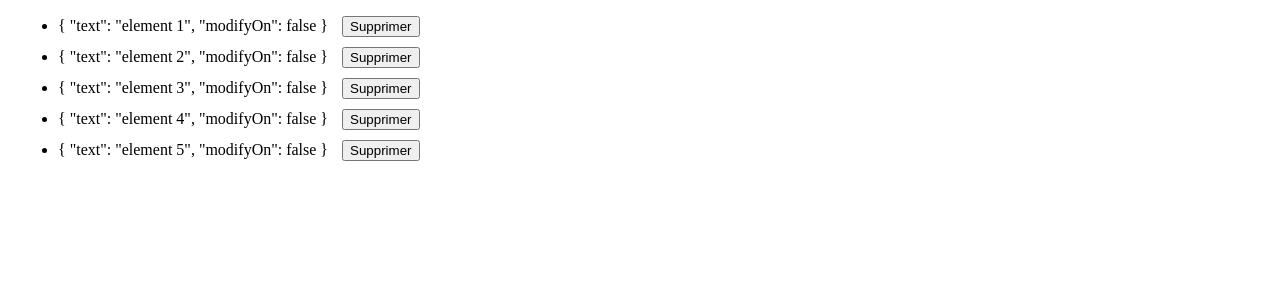
Repository: arione15/Livre_Serrion-Vue.js
Page: liste_ch3.html
The author's editor kept a copy of each file at every save. The page is drawn from the files as they stood at one save, then again after the next save.
The browser window is 1280 px wide. The pictures show the whole page.

Above is the page before, as saved 2021-09-07 13:38:22.

### liste_ch3.html
<!DOCTYPE html>
<html lang="en">

<head>
    <meta charset="UTF-8">
    <meta http-equiv="X-UA-Compatible" content="IE=edge">
    <meta name="viewport" content="width=device-width, initial-scale=1.0">
    <title>Liste</title>
    <script src="https://cdn.jsdelivr.net/npm/vue/dist/vue.js"></script>
</head>

<body>

    <div id="root"></div>

</body>

<script>
    const vm = new Vue({
        el: "div#root",
        template: `
            <div>
                <ul>
                    <li v-for="(element, index) of elements" style="margin:10px;">
                        <span v-fi="element" v-on:dblclick="modifier(element)"> {{ element }} </span>
                        <button @click="supprimer(element)" style="margin-left:10px;">Supprimer</button>
                    </li>
                </ul>
                <span v-if="elements.length === 0">La liste est vide !!</span>
            </div>
        `,
        data: {
            elements: [
                {text: "element 1", modifyOn: false},
                {text: "element 2", modifyOn: false},
                {text: "element 3", modifyOn: false},
                {text: "element 4", modifyOn: false},
                {text: "element 5", modifyOn: false},
            ]
        },
        methods: {
            supprimer(elt) {
                this.elements = this.elements.filter(function (element) {
                    return elt !== element ;
                })
            },
            modifier(elt){
                console.log("Modifier l'élément : " + elt);
            }
        }
    });

</script>

</html>

After the next save:
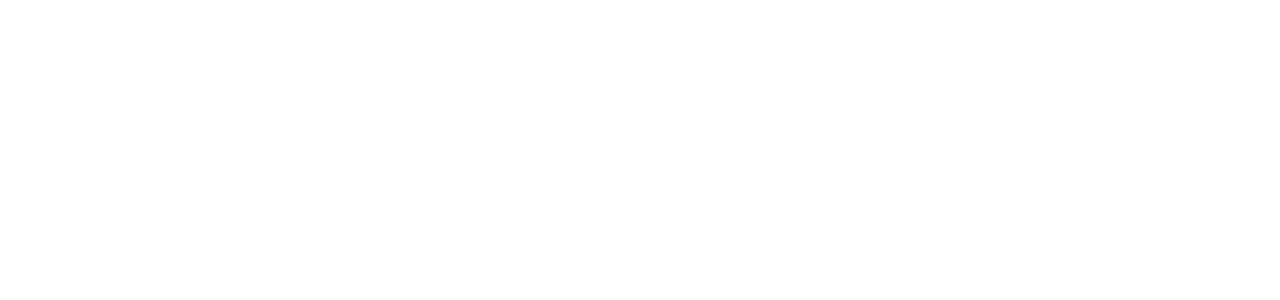
Saved 33 s later.
--- a/liste_ch3.html
+++ b/liste_ch3.html
@@ -21,7 +21,7 @@
         template: `
             <div>
                 <ul>
-                    <li v-for="(element, index) of elements" style="margin:10px;">
+                    <li v-for="(element.modifyOn, index) of elements" style="margin:10px;">
                         <span v-fi="element" v-on:dblclick="modifier(element)"> {{ element }} </span>
                         <button @click="supprimer(element)" style="margin-left:10px;">Supprimer</button>
                     </li>

After the 5 saves that followed:
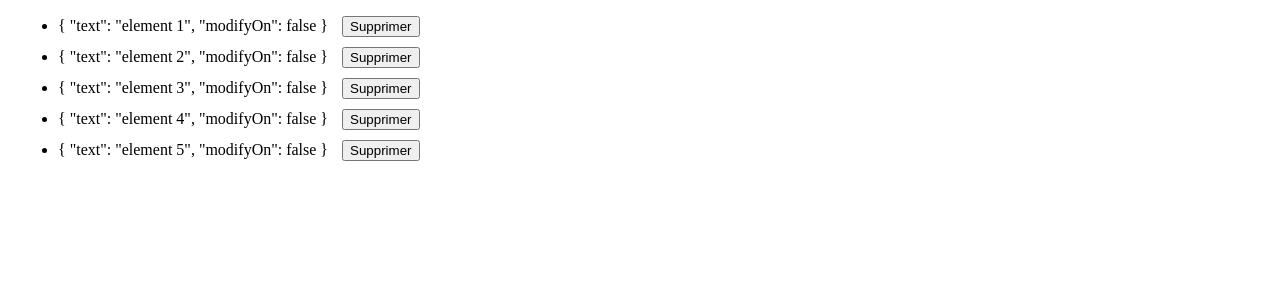
The 5 saves are shown as one change because 1 left the picture as it was and some came seconds apart.
The last was saved 21 s later.
--- a/liste_ch3.html
+++ b/liste_ch3.html
@@ -21,8 +21,8 @@
         template: `
             <div>
                 <ul>
-                    <li v-for="(element.modifyOn, index) of elements" style="margin:10px;">
-                        <span v-fi="element" v-on:dblclick="modifier(element)"> {{ element }} </span>
+                    <li v-for="(element, index) of elements" style="margin:10px;">
+                        <span v-fi="element.modifyOn" v-on:dblclick="modifier(element)"> {{ element }} </span>
                         <button @click="supprimer(element)" style="margin-left:10px;">Supprimer</button>
                     </li>
                 </ul>
